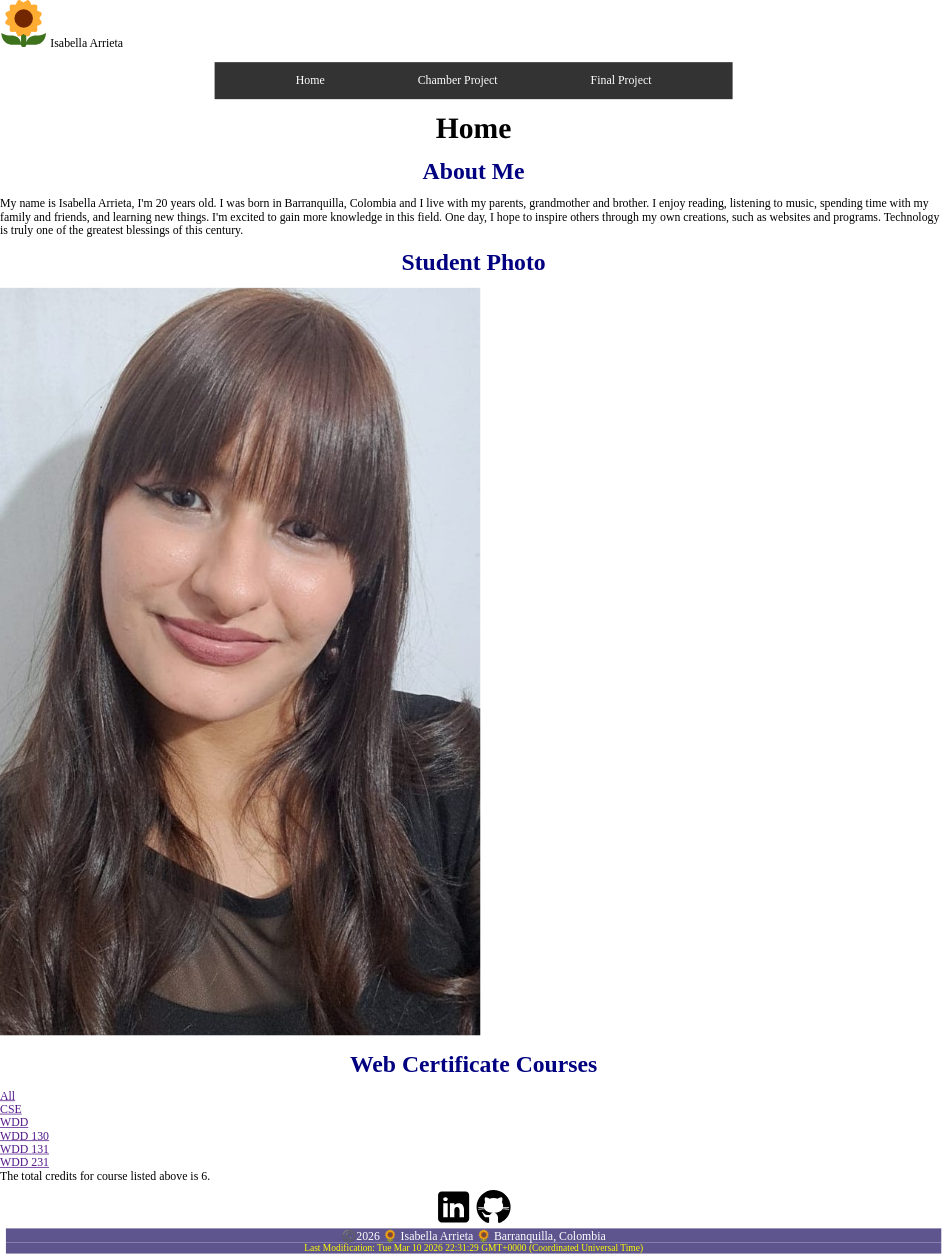
Repository: isaAJ05/wdd231
Page: index.html
The author's editor kept a copy of each file at every save. The page is drawn from the files as they stood at one save, then again after the next save.
The browser window is 1280 px wide. The pictures show the whole page, at 74% of full size.
Some web fonts or font styles are not loaded; a fallback is used.

Above is the page before, as saved 2026-03-10 22:32:44.

### index.html
<!DOCTYPE html>
<html lang="en">
<head>
    <meta charset="UTF-8">
    <meta name="viewport" content="width=device-width, initial-scale=1.0">
    <title>WDD 231 – Web Frontend Development I – Isabella Arrieta</title>
    <meta name="description" content="WDD 231 – Web Frontend Development I Isabella Arrieta, This is a page about me">
    <meta name="author" content="Isabella Arrieta">
    <link rel="stylesheet" href="styles/normalize.css">
    <link rel="preconnect" href="https://fonts.googleapis.com">
    <link rel="preconnect" href="https://fonts.gstatic.com" crossorigin>
    <link href="https://fonts.googleapis.com/css2?family=Lato:ital,wght@0,100;0,300;0,400;0,700;0,900;1,100;1,300;1,400;1,700;1,900&family=Open+Sans:ital,wght@0,300..800;1,300..800&family=Play:wght@400;700&family=Raleway:ital,wght@0,100..900;1,100..900&display=swap" rel="stylesheet">
    <script src="scripts/getdates.js" defer></script>
    <script src="scripts/hamburguer.js" defer></script>
</head>
<body>
    <header>
        <div class="title">
            <img src="images/sunflower-svgrepo-com.svg" alt="Isabella Arrieta logo">
            <span>Isabella Arrieta</span>
        </div>
        <button type="button" id="menu" title="Hambutton"></button>
        <nav>
            <ul class="navigation">
			<li><a href="index.html">Home</a></li>
			<li><a href="#" class="chamber">Chamber Project</a></li>
			<li><a href="#" class="final">Final Project</a></li>
		</ul>
        </nav>
    </header>
    <main>
        <h1>Home</h1>
        <section class="card">
            <div class="rectangle">
                <h2>About Me</h2>
            </div>
            <div class="presentation">
            <p>My name is Isabella Arrieta, I'm 20 years old. I was born in Barranquilla, Colombia and I live with my parents, grandmother and brother. I enjoy reading, listening to music, spending time with my family and friends, and learning new things. I'm excited to gain more knowledge in this field. One day, I hope to inspire others through my own creations, such as websites and programs. Technology is truly one of the greatest blessings of this century.</p>
            </div>
            </section>

        <section class="card">
            <div class="rectangle">
                <h2>Student Photo</h2>
            <img src ="images/isa.jpg" alt="Isabella Arrieta picture">
            </div>
            </section>

        <section class="card">
            <div class="rectangle">
                <h2>Web Certificate Courses</h2>
            </div>
                <ul>
                <li><a href="">All</a></li>
                <li><a href="">CSE</a></li>
                <li><a href="">WDD</a></li>
                <li><a href="">WDD 130</a></li>
                <li><a href="">WDD 131</a></li>
                <li><a href="">WDD 231</a></li>
            </ul>
            <p>The total credits for course listed above is 6.</p>

        </section>
    </main>
    <footer>
        <div class ="icons">
                <a href="https://www.linkedin.com/in/isabella-arrieta/" target="_blank"><img src="images/icons8-linkedin.svg" alt="LinkedIn icon"></a>
                <a href="https://github.com/isaaj05" target="_blank"><img src="images/icons8-github.svg" alt="GitHub icon"></a>
        </div>
        <p>
            ©️<span id="currentyear"></span> 🌻 Isabella Arrieta 🌻 Barranquilla, Colombia
        </p>
        <p class="last-modified">
            <span id="lastModified"></span>
        </p>
    </footer>

</body>
</html>

### styles/normalize.css
:root {
    --primary-color: #231942;
    --secondary-color: #5e548e;
    --font: "Lato", sans-serif;
}
* {
	margin: 0;
	padding: 0;
	box-sizing: border-box;
}

h1 {
	text-align: left;
	font-family: times, serif;
	font-size: 1.5rem;
	margin-left: 1rem;
}

h2 {
		font-size: 1.2rem;
		color: navy;
		text-align: left;
		margin: 1rem;
	}

nav {
	max-width: 700px;
	margin: 1rem auto;
}

/* small view navigation */
#menu {
	font-size: 1.5rem;
	border: 0;
	background: none;
	color: #000;
 	position: absolute;
  top: 1rem;
	right: 1rem;
}

#menu::before {
	content: "☰";
}

#menu.open::before {
	content: "✖️";
}

.navigation {
	display: flex;
	flex-direction: column;
	justify-content: space-evenly;
	list-style: none;
	background-color: #333;
	color: #fff;
}

.navigation a {
	display: none;
	padding: 1rem;
	text-align: center;
	text-decoration: none;
	color: #fff;
}
.navigation a:hover {
	background-color: #bbb;
	color: #333;
	font-weight: 700;
}

/* when the button is clicked - the open class is toggled (added/removed) */
.open a {
	display: block;
}

.active::before {
	content: "📍";  /* just a wayfinding symbol for the user */
}

.stuff {
	margin: .5rem;
	border: 1px solid rgb(0 0 0 / .1);
	background-color: #bed;
	max-width: 580px;
	height: 100vh;

}
footer {
    color:  #fff;
    text-align: center;
    padding: 8px;
}
footer p {
    background: var(--secondary-color);
}
.last-modified {
    font-size: 0.8rem;
    color: yellow;
}

/* large view navigation ************************************/
@media (min-width: 37.5em) {
	h1 {
		font-size: 2.5rem;
		margin-left: 0;
		text-align: center;
	}

	h2 {
		font-size: 2rem;
		text-align: center;
	}

	#menu {
		display: none; /* hide hamburger button */
	}

	.navigation {
		flex-direction: row;
	}

	.navigation a {
		display: block;
		flex: 1 1 100%;
	}

	.stuff {
		margin: 1rem auto;
	}
}

### scripts/getdates.js
const year = document.querySelector("#currentyear");
const today = new Date();
year.innerHTML = `<span class="highlight">${today.getFullYear()}</span>`;
const lastMod = document.querySelector("#lastModified");
let oLastModif = new Date(document.lastModified);
lastMod.innerHTML = `Last Modification: <span class="highlight">${oLastModif}</span>`;

### scripts/hamburguer.js
const hamButton = document.querySelector('#menu');
const navigation = document.querySelector('.navigation');
const title = document.querySelector('.title');

hamButton.addEventListener('click', () => {
	navigation.classList.toggle('open');
    hamButton.classList.toggle('open');
    title.classList.toggle('open');
});

After the next save:
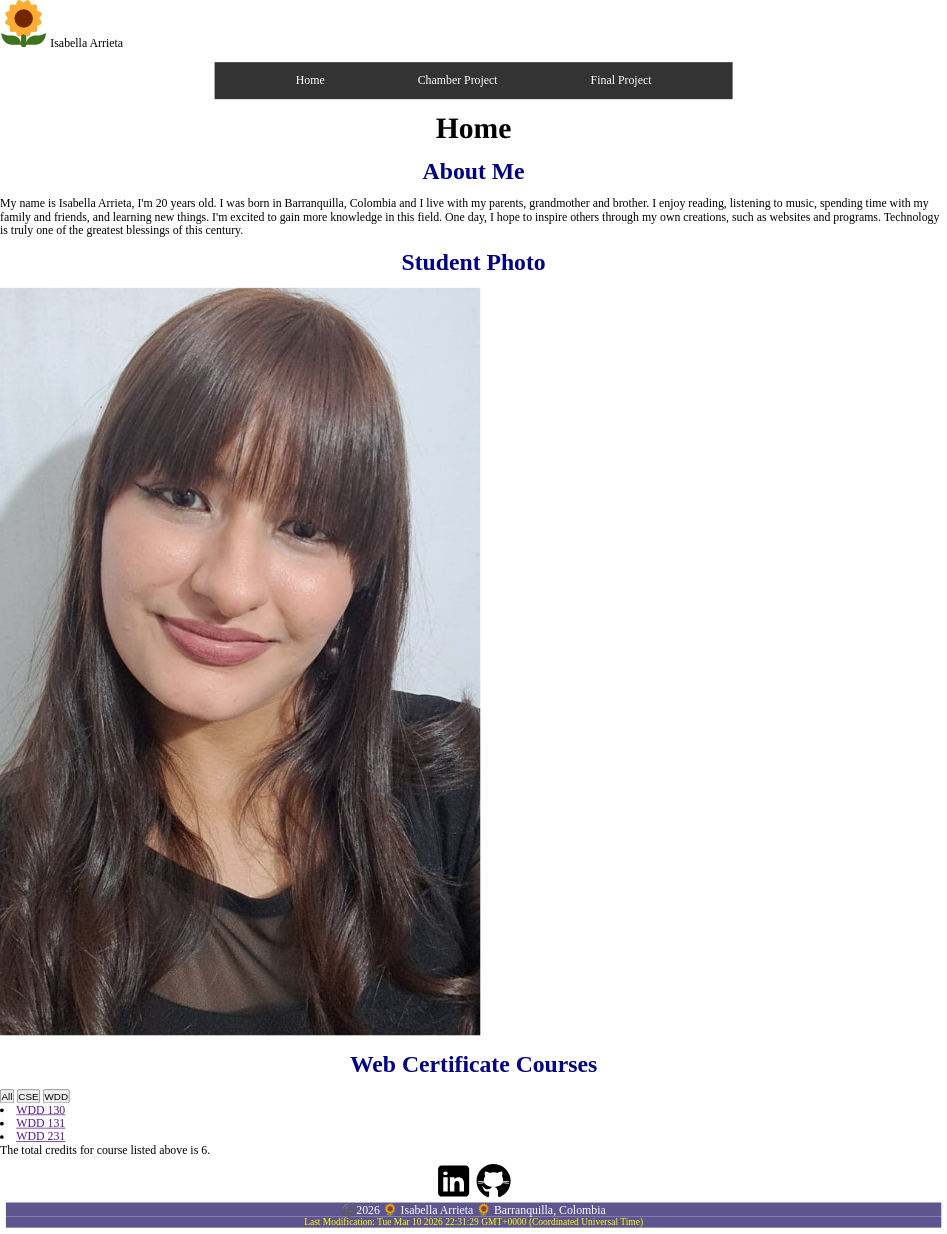
Saved 67 s later.
--- a/index.html
+++ b/index.html
@@ -50,10 +50,11 @@
             <div class="rectangle">
                 <h2>Web Certificate Courses</h2>
             </div>
-                <ul>
-                <li><a href="">All</a></li>
-                <li><a href="">CSE</a></li>
-                <li><a href="">WDD</a></li>
+               <div class="course-buttons">
+    <button id="all">All</button>
+    <button id="cse">CSE</button>
+    <button id="wdd">WDD</button>
+</div>
                 <li><a href="">WDD 130</a></li>
                 <li><a href="">WDD 131</a></li>
                 <li><a href="">WDD 231</a></li>
